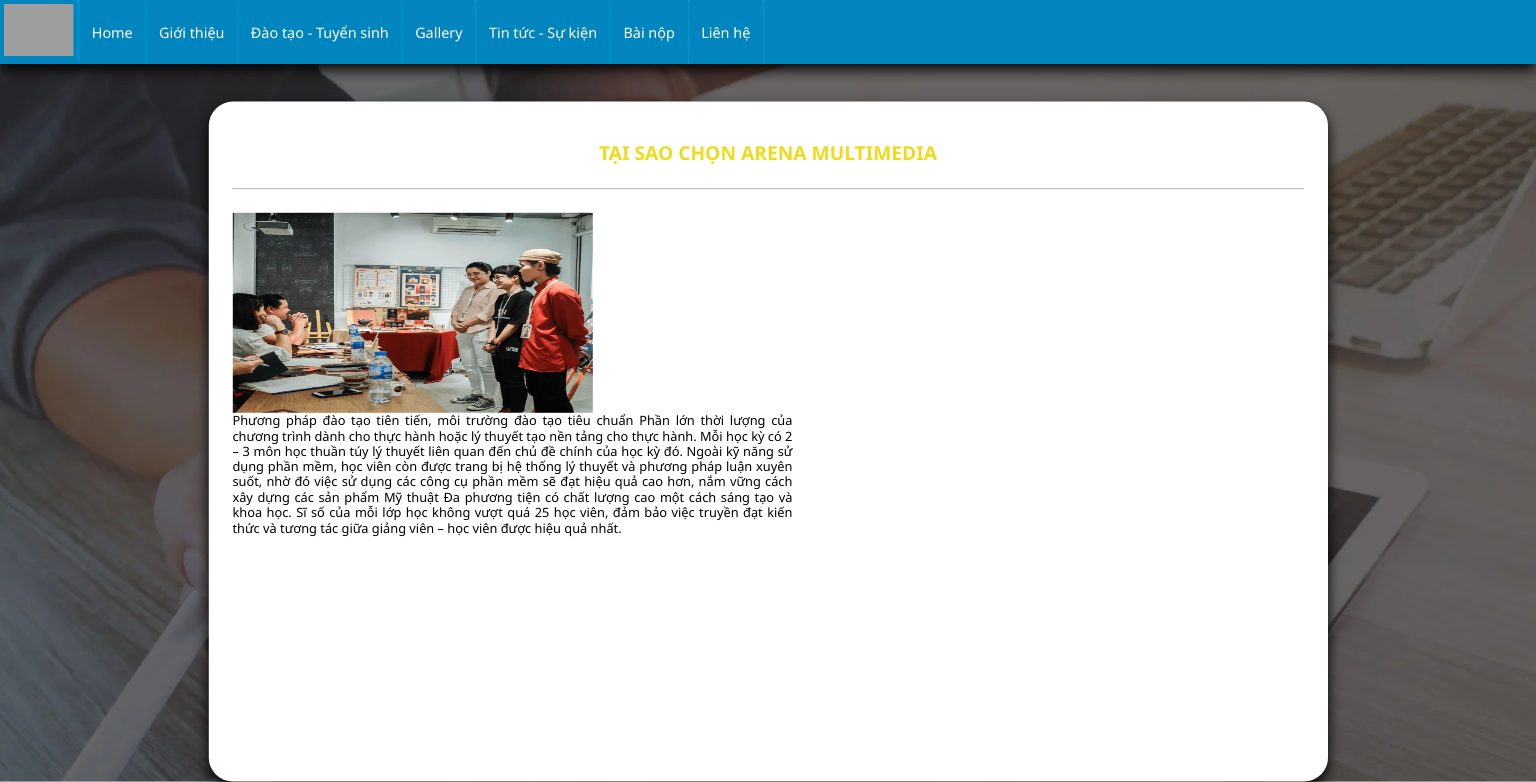
Repository: arena-dttan/dcw-final-exam-d2107m1
Page: final-list/DCW_Final_5_Nguyen-Thi-Thu-Huong_D2107M1/gioi-thieu.html
An editor plug-in stored every save of this project. The page is shown before and after a run of saves, followed by the edit.
The browser window is 1280 px wide. The page is 1920 px wide, so the pictures cover 1920 px, including what lies to the right of the window. The pictures show the whole page, at 80% of full size.
Pictures or frames that could not be fetched are drawn as grey boxes.

Above is the page before, as saved 2022-06-26 15:12:42.

### final-list/DCW_Final_5_Nguyen-Thi-Thu-Huong_D2107M1/gioi-thieu.html
<!DOCTYPE html>
<html>
<head>
    <meta charset="UTF-8">
    <link rel="stylesheet" href="index.css">
    <link rel="icon" href="./images/favicon.ico" />

</head>
<head>
    <!-- Các meta (siêu dữ liệu) -->
    <meta http-equiv="Content-Type" content="text/html; charset=utf-8" />

    <!-- Tiêu đề hiển thị trên thanh địa chỉ trình duyệt -->
    <title>Arena Mutimedia</title>

    <!-- icon trên thanh địa chỉ trình duyệt -->
    <link rel="icon" href="./images/favicon.ico" />

    <!-- Sử dụng font google -->
    <link rel="preconnect" href="https://fonts.googleapis.com">
    <link rel="preconnect" href="https://fonts.gstatic.com" crossorigin>
    <link href="https://fonts.googleapis.com/css2?family=Roboto:wght@100&display=swap" rel="stylesheet">

    <!-- external css -->
    <link rel="stylesheet" href="./css/style.css">
    <link rel="stylesheet" href="./css/menu.css">
    <link rel="stylesheet" href="./index.css">
</head>
<body id="container">
    <div id="main-menu">
        <ul class="menu">
            <li ><img style="height: 65px; margin: 5px;;" src="images/logo.webp" alt="logo"> </li>
            <li class="home">
            <a href="./index.html"> Home</a>
            </li>
            <li>
            <a href="./gioi-thieu.html"> Giới thiệu</a>
            </li>
            <li class="dropdown">
            <a class="dropdown-btn"> Đào tạo - Tuyển sinh</a>
            <div class="dropdown-content">
                <a href="./chuong-trinh-dao-tao.html">Đào tạo</a>
                <a href="./tuyen-sinh.html">Tuyển sinh</a>
            </div>
            <li>
                <a href="./gallery.html"> Gallery</a>
            </li>
            <li>
                <a href="./tin-tuc.html"> Tin tức - Sự kiện</a>
            </li>
            <li>
                <a href="./final-exam-list.html">Bài nộp</a>
            </li>

            <li>
                <a href="#">Liên hệ</a>
            </li>
            </li>
        </ul>
        <!-- id main content -->
         <div id="main-content">
            <div id="box-container">
                <div class="content">
                    <h2 style="color:rgb(240, 219, 26);">TẠI SAO CHỌN ARENA MULTIMEDIA</h2>
                    <br>
                    <hr>
                    <br>
                    <div class="img-test">
                        <img src="./images/gioi-thieu-1.png" alt="gioi-thieu-1">
                        <P>
                        Phương pháp đào tạo tiên tiến, môi trường đào tạo tiêu chuẩn
                        Phần lớn thời lượng của chương trình dành cho thực hành hoặc lý thuyết
                        tạo nền tảng cho thực hành. Mỗi học kỳ có 2 – 3 môn học thuần túy lý thuyết
                        liên quan đến chủ đề chính của học kỳ đó. Ngoài kỹ năng sử dụng phần
                        mềm, học viên còn được trang bị hệ thống lý thuyết và phương pháp luận
                        xuyên suốt, nhờ đó việc sử dụng các công cụ phần mềm sẽ đạt hiệu quả cao
                        hơn, nắm vững cách xây dựng các sản phẩm Mỹ thuật Đa phương tiện có
                        chất lượng cao một cách sáng tạo và khoa học.
                        Sĩ số của mỗi lớp học không vượt quá 25 học viên, đảm bảo việc truyền đạt
                        kiến thức và tương tác giữa giảng viên – học viên được hiệu quả nhất.</P></div>
                </div>
            </div>

        </div>
    </div>
</body>
</html>

### final-list/DCW_Final_5_Nguyen-Thi-Thu-Huong_D2107M1/index.css
/* Sử dụng cho định dạng main menu */
body, html {
    height: 100%;
    width: 1920px;
    background-image: url('images/head-bg.webp'); width: 1920px; height: 100%; background-repeat: no-repeat;
    font-family: 'Segoe UI';
}
* {
    margin: 0;
    padding: 0;
    box-sizing: border-box;
}
body {
    position: absolute;
}
#container {
    width: 1920px;
    height: 100%;
    justify-content: center;
    display: inline-block;
    margin: 0;
    padding: 0;
    display: inline-block;
}
#main-menu {
    max-width: 1920px;
    height: 100px;
    margin: 0;
    padding: 0;
}
.menu {
    height: 80px;
    line-height: 80px;
    text-align: center;
    justify-content: center;
    display: inline-block;
}
ul {
    list-style-type: none;
    overflow: hidden;
    background-color: #0085be;
    width: 100%;
    box-shadow: 0 8px 16px 0 rgba(0, 0, 0, 2);
    display: inline-block;
}
.home {
    border-left: 0.01em dotted #00aeef;
}
li {
    float: left;
    border-right: 0.01em dotted #00aeef;
    font-size: 18px;
}

li.dropdown {
    display: inline-block;
    min-width: 100px;
}

li a:hover,
.dropdown:hover {
    background: #00aeef;
}

li a,
.dropdown-btn {
    display: inline-block;
    color: white;
    text-align: center;
    padding: 0 16px;
    text-decoration: none;
}
.dropdown-content {
    display: none;
    position: absolute;
    background: #F8C800;
    background: #0085be;
    min-width: 200px;
    border-bottom: 0.01em dotted #00aeef;
    box-shadow: 0 8px 16px 0 rgba(0, 0, 0, 2);
    z-index: 1;
    top: 80px;
    transition: all .3s ease-in-out;
}
.dropdown-content a {
    color: white;
    padding: 10px 16px;
    text-decoration: none;
    display: block;
    text-align: center;
    line-height: 2;
}
.dropdown-content a:hover {
    background: #00aeef;
}
.dropdown:hover .dropdown-content {
    display: block;
}

.text {
    margin-left: 40px;
    padding-top: 150px;
}
.button {

    font-size: 18px;
    width: 150px;
    height: 50px;
    background: #F8C800;
    border-radius: 40px;
    color: white;
    margin-top: 10px;
    margin-left: 70px;
}
#main-content {
    width: 1920px;
    height: 100%;
    margin: 0;
    padding: 0;
    display: inline-block;
    align-items: center;
    justify-content: center;

}
#box-container {
    background-color: rgb(255, 255, 255);
    box-shadow: 0 8px 16px 0 rgba(0, 0, 0, 2);
    margin-top: 43px;
    background-color: rgb(255, 255, 255);
    box-shadow: 0 8px 16px 0 rgb(0 0 0);
    width: 1399px;
    height: 850px;
    border-radius: 55px;
    margin-left: auto;
    margin-right: auto;
    border-radius: 30px;

}
.content {
    margin: 30px;
    padding-top: 50px;
}
h2 {
    text-align: center;
}
.img-test {
    float: left;
    display: inline-block;
}
p {
    width: 700px;
    height: 350px;
    text-align: justify;
}

### final-list/DCW_Final_5_Nguyen-Thi-Thu-Huong_D2107M1/css/style.css
html {
    box-sizing: border-box;
    width: 100%;
    height: 100%;
}

body {
    width: 100%;
    height: 100%;
    background: url("../images/head-bg.webp");
    font-size: 16px;
    font-family: 'Segoe UI', Tahoma, Geneva, Verdana, sans-serif;
    line-height: 1.2;
}

* {
    margin: 0;
    padding: 0;
}

*,
*:before,
*:after {
    box-sizing: border-box;
}

input,
textarea,
select,
button {
    outline: none;
}

input {
    line-height: normal;
}

label,
button {
    cursor: pointer;
}

a {
    text-decoration: none;
}

img {
    display: block;
    max-width: 100%;
}

#container {
    width: 100%;
    height: 100%;
    text-align: center;
}

#logo {
    float: left;
}

#logo img {
    width: 130px;
    padding: 10px;
}

#header {
    background: #0085be;
    box-shadow: 0 8px 16px 0 rgba(0, 0, 0, 2);
}

#banner img {
    height: 500px;
    width: 100%;
}

#content-index {
    margin: 100px 10px 10px 50px;
}

.btn {
    width: 150px;
    height: 40px;
    line-height: 40px;
    background: #F8C800;
    display: block;
    text-align: center;
    text-transform: uppercase;
    font-weight: bold;
    border-radius: 2em;
    -webkit-border-radius: 2em;
    -moz-border-radius: 2em;
    -ms-border-radius: 2em;
    -o-border-radius: 2em;
    margin: 20px 50px;
}

.btn a {
    color: white;
}

#main-content {
    background: none;
    min-height: 400px;
    margin: 40px;
}

#main-page {
    background: white;
    color: black;
    border: 1px solid blue;
    border-radius: 3em;
    width: 80%;
    min-height: 400px;
    padding: 20px;
    display: inline-block;
    box-sizing: border-box;
    margin-bottom: 40px;
}

.content img {
    width: 450px;
    height: 250px;
}

.text-uppercase {
    text-transform: uppercase;
}

.main-title {
    color: #F8C800;
    font-size: 30px;
    font-weight: 700 !important;
    margin: 30px 0;
}

.normal-list {
    list-style-type: disc;
    margin: 10px;
    padding: 10px;
    overflow: visible;
    background: none;
}

.normal-list li {
    clear: both;
}

h4 {
    text-align: left;
    font-size: 20px;
}

h3 {
    padding-bottom: 20px;
}

hr {
    margin: 10px 0;
}

p {
    text-align: justify;
}

### final-list/DCW_Final_5_Nguyen-Thi-Thu-Huong_D2107M1/css/menu.css
/* Sử dụng cho định dạng main menu */

.menu {
    height: 80px;
    line-height: 80px;
}

.home {
    border-left: 0.01em dotted #00aeef;
}

ul {
    list-style-type: none;
    margin: 0;
    padding: 0;
    overflow: hidden;
    /* background: #F8C800; */
    background: #0085be;
    /* box-shadow: 0 8px 16px 0 rgba(0, 0, 0, 2); */
}

li {
    float: left;
    border-right: 0.01em dotted #00aeef;
    font-size: 18px;
}

li.dropdown {
    display: inline-block;
    min-width: 100px;
}

li a:hover,
.dropdown:hover {
    background: #00aeef;
}

li a,
.dropdown-btn {
    display: inline-block;
    color: white;
    text-align: center;
    padding: 0 16px;
    text-decoration: none;
}

.dropdown-content {
    display: none;
    position: absolute;
    /*background: #F8C800;
    */
    background: #0085be;
    min-width: 200px;
    border-bottom: 0.01em dotted #00aeef;
    box-shadow: 0 8px 16px 0 rgba(0, 0, 0, 2);
    z-index: 1;
    top: 80px;
    transition: all .3s ease-in-out;
}

.dropdown-content a {
    color: white;
    padding: 10px 16px;
    text-decoration: none;
    display: block;
    text-align: center;
    line-height: 2;
}

.dropdown-content a:hover {
    background: #00aeef;
}

.dropdown:hover .dropdown-content {
    display: block;
}

After the next 2 saves:
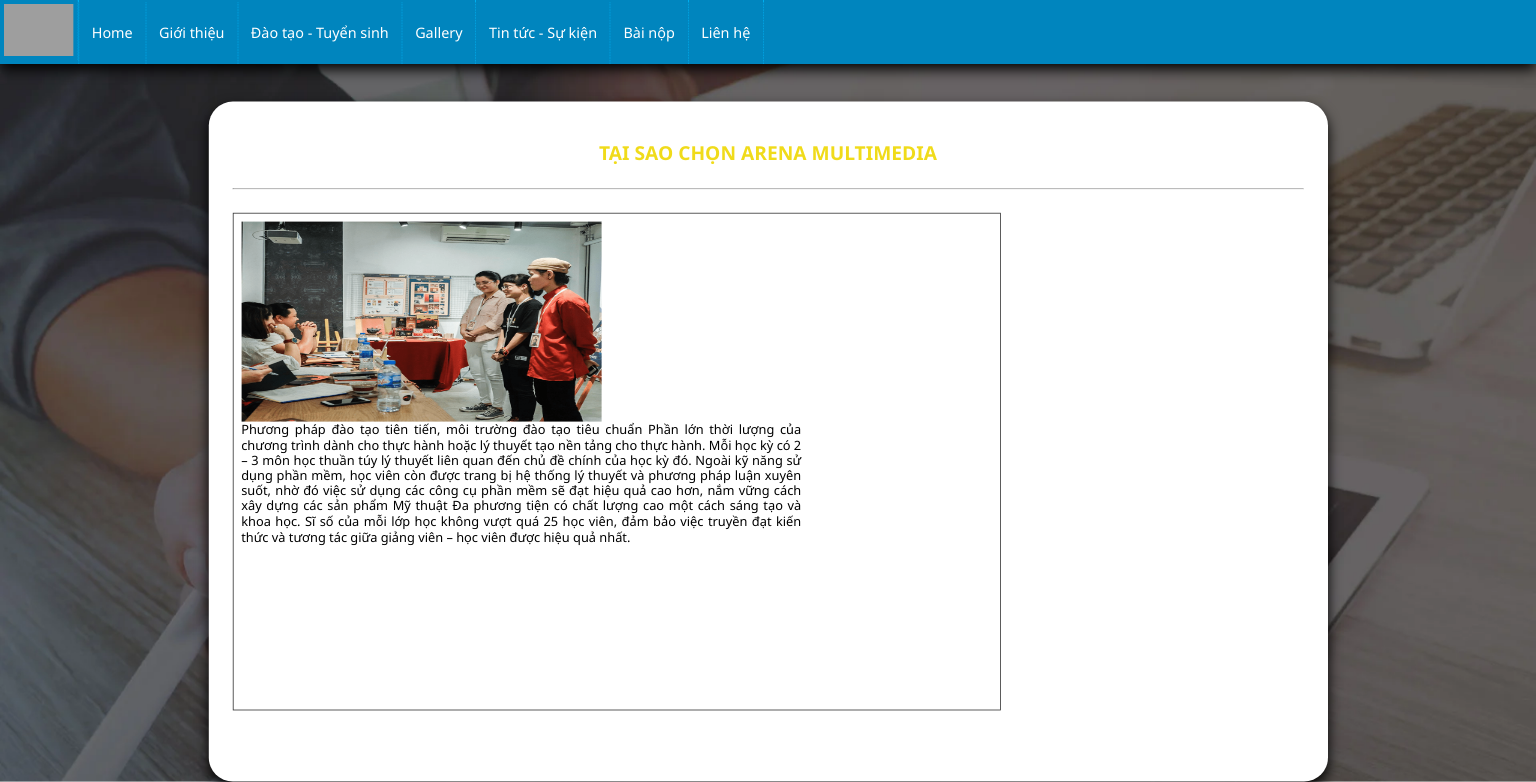
The 2 saves are shown as one change because they came seconds apart.
The last was saved 3 min 9 s later.
--- a/final-list/DCW_Final_5_Nguyen-Thi-Thu-Huong_D2107M1/index.css
+++ b/final-list/DCW_Final_5_Nguyen-Thi-Thu-Huong_D2107M1/index.css
@@ -146,6 +146,9 @@
 .img-test {
     float: left;
     display: inline-block;
+    width: 960px;
+border: 1px solid #333;
+padding: 10px;
 }
 p {
     width: 700px;
